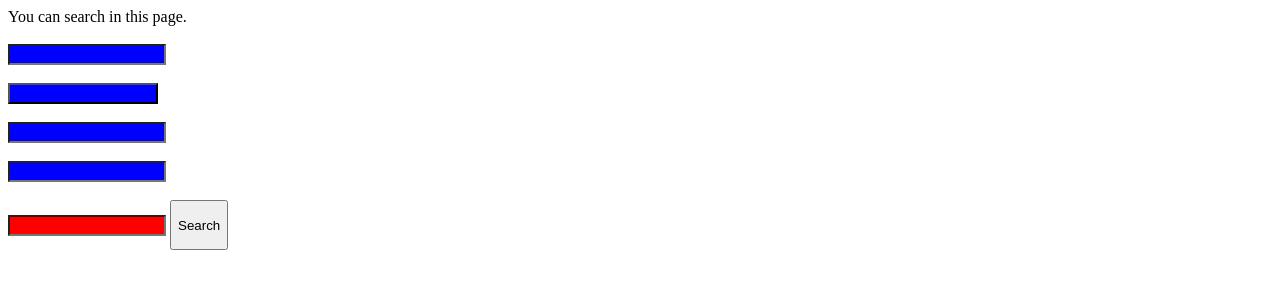
Repository: learoncero/SEProjektUebung
Page: http://localhost/HikingSoftware/search.jsp
An editor plug-in stored every save of this project. The page is shown before and after the next save, followed by the edit.
The browser window is 1280 px wide. The pictures show the whole page.
The page is served by Tomcat 9.

Above is the page before, as saved 2023-10-18 08:05:02.

After the next save:
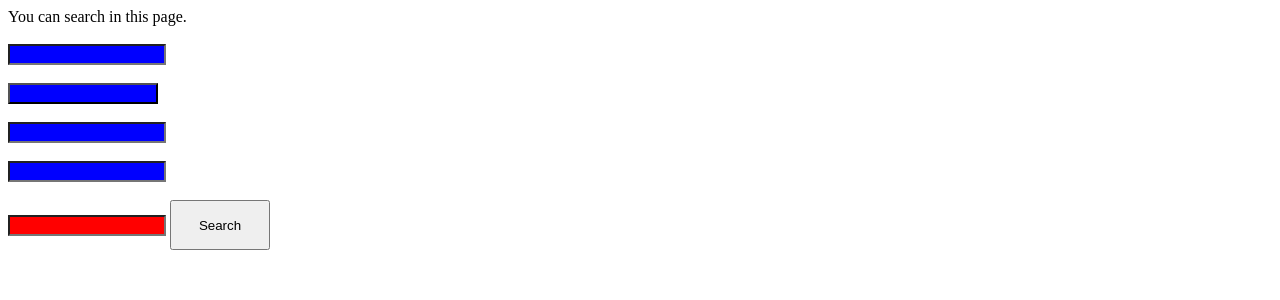
Saved 65 s later.
--- a/HikingSoftware/src/main/webapp/search.jsp
+++ b/HikingSoftware/src/main/webapp/search.jsp
@@ -17,7 +17,11 @@
 	<br/><br/>
 	<input type="email" style="width:150px;background-color:blue">
 	<br/><br/>
-	<input type="text" name="suchstring" style="width:150px;background-color:red">
-	<input type="button" value="Search" style="widht:100px; height:50px">
+
+	<form action="search_results.jsp">
+		<input type="text" name="suchstring" style="width:150px;background-color:red">
+		<input type="submit" value="Search" style="width:100px; height:50px">
+	</form>
+
 </body>
 </html>
